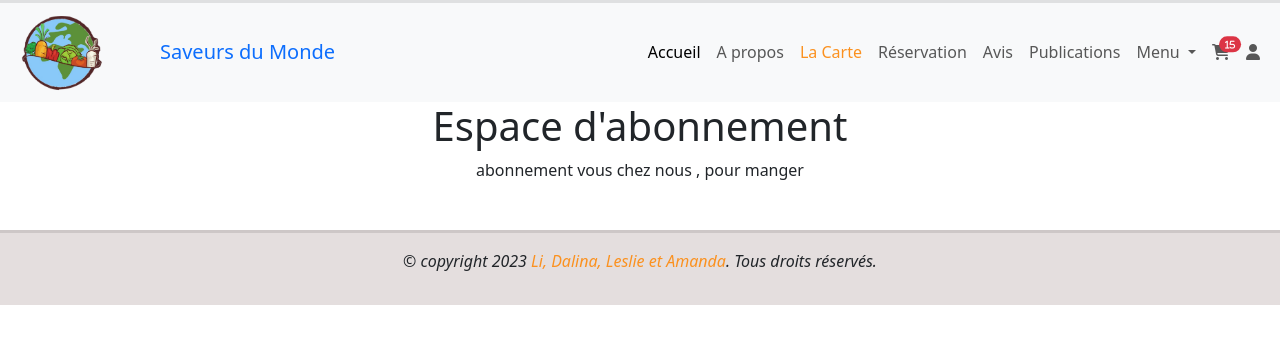
Repository: LI8538/saveur-du-monde
Page: templates/subscription/index.html.twig
An editor plug-in stored every save of this project. The page is shown before and after the next save, followed by the edit.
The browser window is 1280 px wide. The pictures show the whole page.
The page is a Twig template of a Symfony application; nobody is signed in and links lead nowhere. The template is opened directly, without the code that normally fills it, so the values that code supplies are empty.

Above is the page before, as saved 2023-09-06 15:06:16.

After the next save:
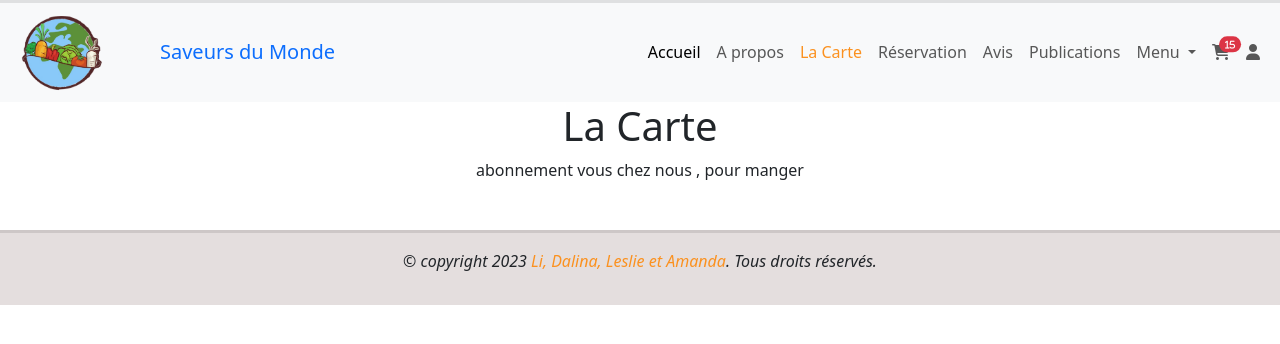
Saved 40 s later.
--- a/templates/subscription/index.html.twig
+++ b/templates/subscription/index.html.twig
@@ -11,7 +11,7 @@
     }
 </style>
 <div>
- <h1>Espace d'abonnement</h1>
+ <h1>La Carte</h1>
     <p>abonnement vous chez nous , pour manger </p>
 </div>
 {% endblock %}
